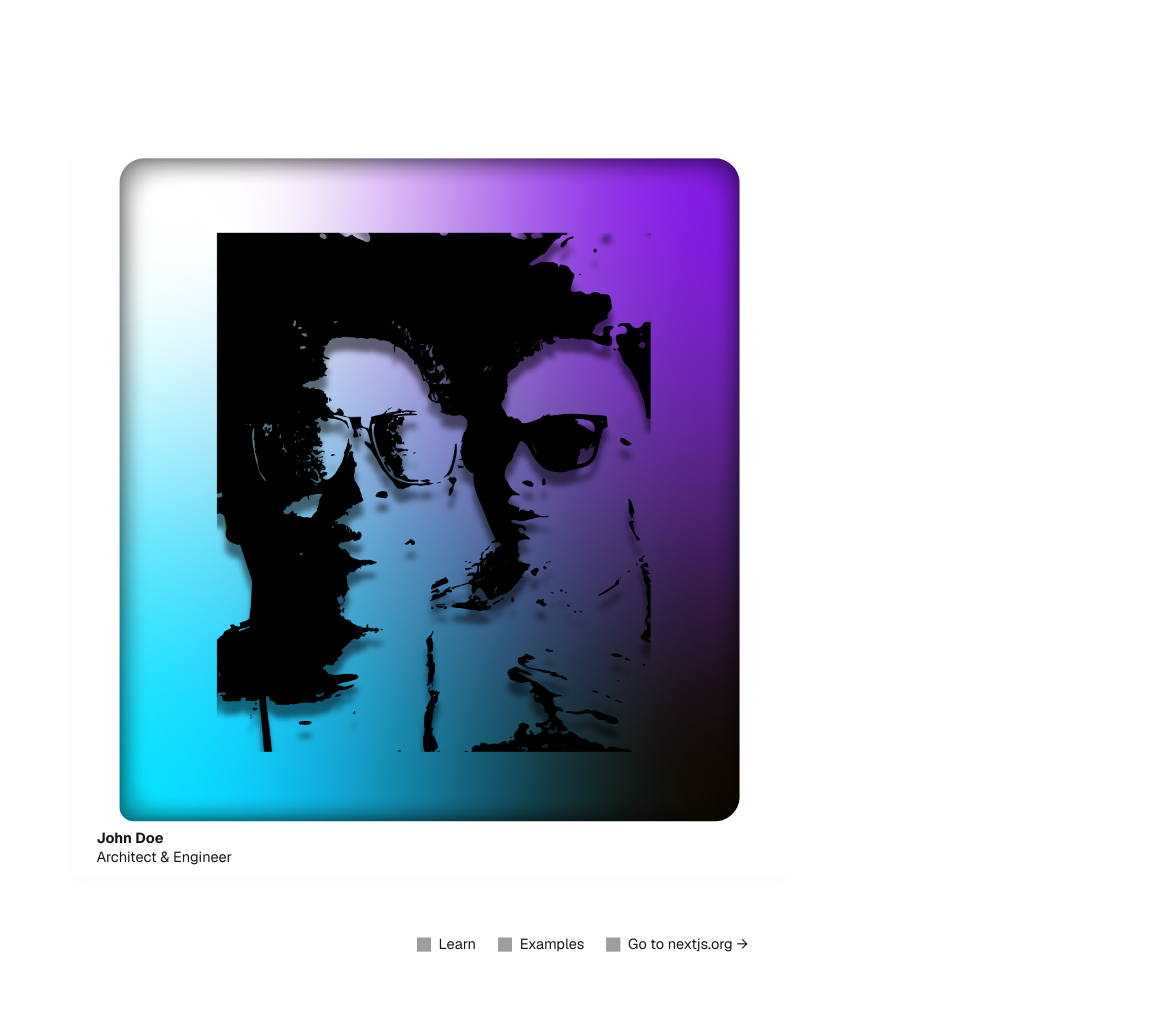
Repository: JasonMorta/react-dnd
Page: /
These files come from the project's save history. The page is drawn as it stood at one moment and after the next save; the edit follows.
The browser window is 1280 px wide. The pictures show the whole page, at 91% of full size.
Pictures or frames that could not be fetched are drawn as grey boxes. The project was rebuilt for these pictures with package versions that can differ from the ones it lists, and the page was loaded fresh each time. The framework's server and built-in components were replaced by stand-ins that run in the browser. Also part of the build but not shown: next.config.mjs.

Above is the page before, as saved 2025-03-16 22:27:22.

### src/app/page.jsx
import Image from "next/image";
import styles from "./page.module.css";
import CardEl from "./components/CardEl";

export default function Home() {
  return (
    <div className={styles.page}>
      <main className={styles.main}>
        <CardEl />
      </main>
      <footer className={styles.footer}>
        <a
          href="https://nextjs.org/learn?utm_source=create-next-app&utm_medium=appdir-template&utm_campaign=create-next-app"
          target="_blank"
          rel="noopener noreferrer"
        >
          <Image
            aria-hidden
            src="/file.svg"
            alt="File icon"
            width={16}
            height={16}
          />
          Learn
        </a>
        <a
          href="https://vercel.com/templates?framework=next.js&utm_source=create-next-app&utm_medium=appdir-template&utm_campaign=create-next-app"
          target="_blank"
          rel="noopener noreferrer"
        >
          <Image
            aria-hidden
            src="/window.svg"
            alt="Window icon"
            width={16}
            height={16}
          />
          Examples
        </a>
        <a
          href="https://nextjs.org?utm_source=create-next-app&utm_medium=appdir-template&utm_campaign=create-next-app"
          target="_blank"
          rel="noopener noreferrer"
        >
          <Image
            aria-hidden
            src="/globe.svg"
            alt="Globe icon"
            width={16}
            height={16}
          />
          Go to nextjs.org →
        </a>
      </footer>
    </div>
  );
}

### src/app/components/CardEl.jsx
import Image from "next/image";
import profilePic from './Ushdpi.png'

import "./Card.css";

function CardEl() {
  return (
    <div className="custom-card">
      <Image
        src={profilePic}
        alt="Picture of the author"
      />
      <div className="custom-container">
        <h4>
          <b>John Doe</b>
        </h4>
        <p>Architect & Engineer</p>
      </div>
    </div>
  );
}

export default CardEl;

### src/app/components/Card.css
.custom-card {
  box-shadow: 0 4px 8px 0 rgba(242, 242, 242, 0.2);
  transition: 0.3s;
  width: 70%;
  padding: 10px;
}

.custom-card img {
  width: 100%;
  height: auto;
}

.custom-card:hover {
  box-shadow: 0 8px 16px 0 rgba(0,0,0,0.2);
}

.custom-container {
  padding: 2px 16px;
}

Loaded but not shown: src/app/layout.jsx (common file); src/app/globals.css (common file); src/app/page.module.css (common file)

After the next save:
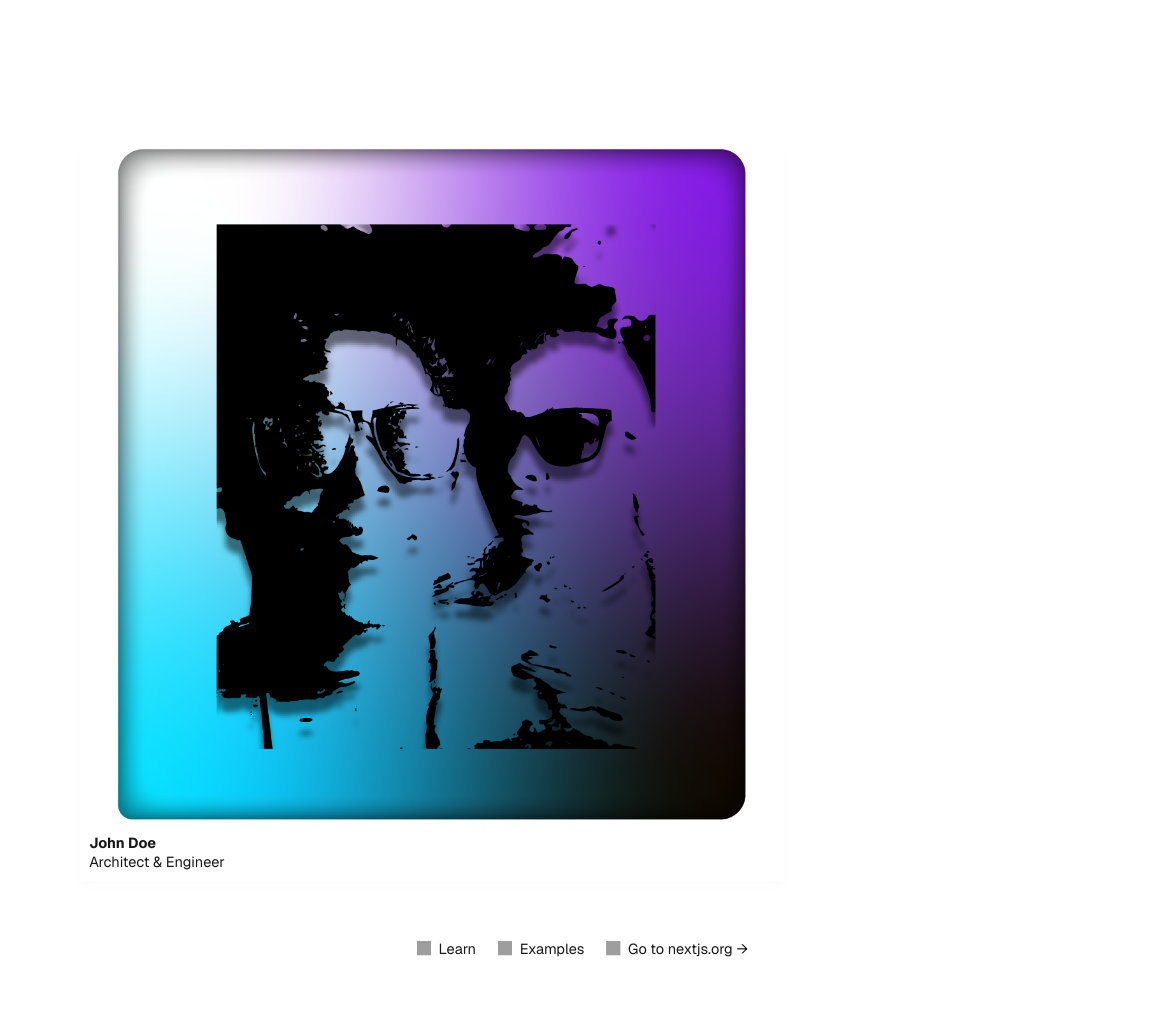
Saved 8 s later.
--- a/src/app/components/Card.css
+++ b/src/app/components/Card.css
@@ -2,7 +2,7 @@
   box-shadow: 0 4px 8px 0 rgba(242, 242, 242, 0.2);
   transition: 0.3s;
   width: 70%;
-  padding: 10px;
+
 }
 
 .custom-card img {
@@ -15,5 +15,5 @@
 }
 
 .custom-container {
-  padding: 2px 16px;
+  padding: 10px;
 }
